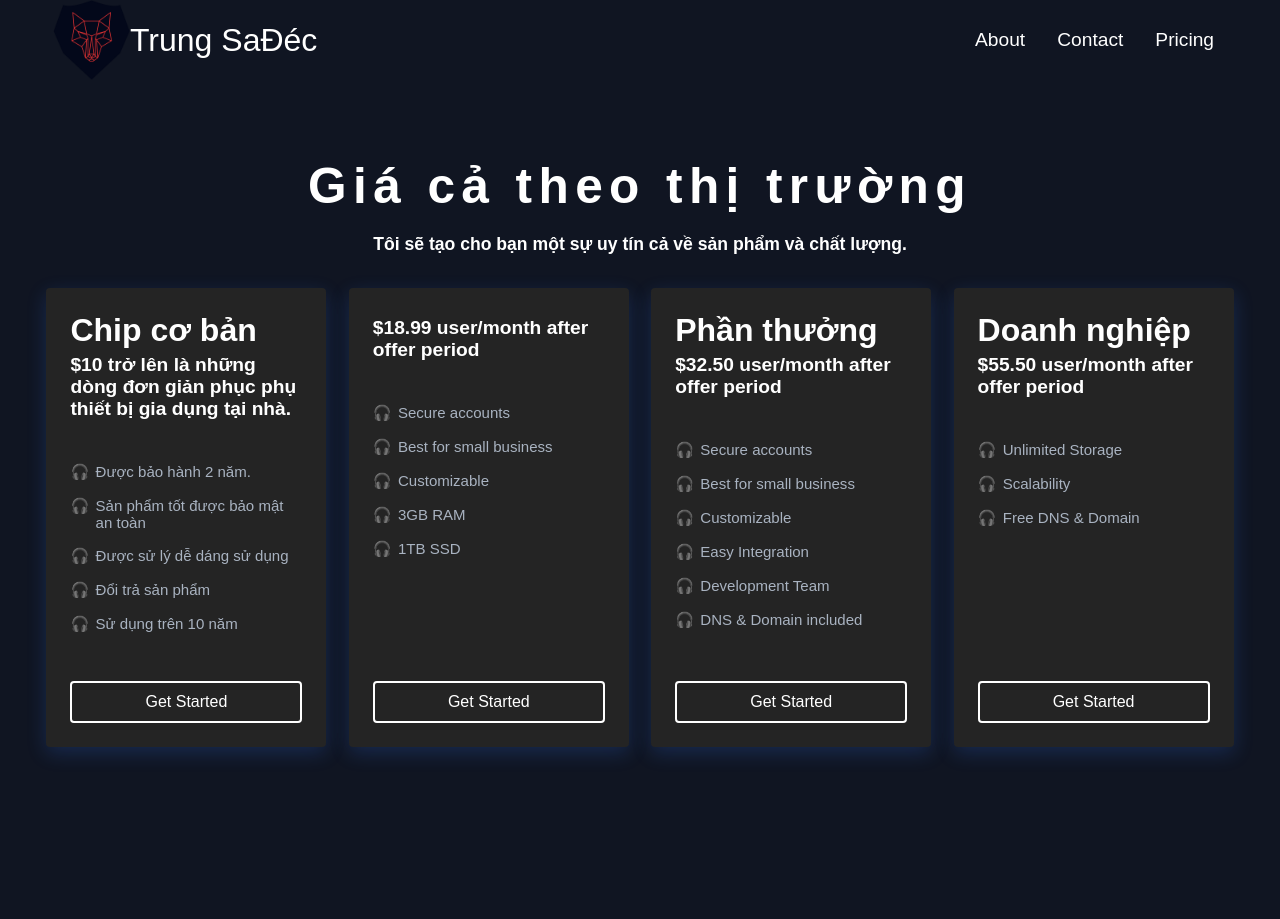
Repository: fdhhhdjd/Profile-Gift-B_H_Q_Trung
Page: /pricing
An editor plug-in stored every save of this project. The page is shown before and after the next save, followed by the edit.
The browser window is 1280 px wide. The pictures show the whole page.
The project was rebuilt for these pictures with package versions that can differ from the ones it lists, and the page was loaded fresh each time. Also part of the build but not shown: src/App.css, src/Pages/Home.js, src/Styles/HeroStyles.js, src/Components/Hero.js. Imported but missing from the stored project, and not drawn on this page: src/Pages/SignUpPage.

Above is the page before, as saved 2021-10-28 17:01:24.

After the next save:
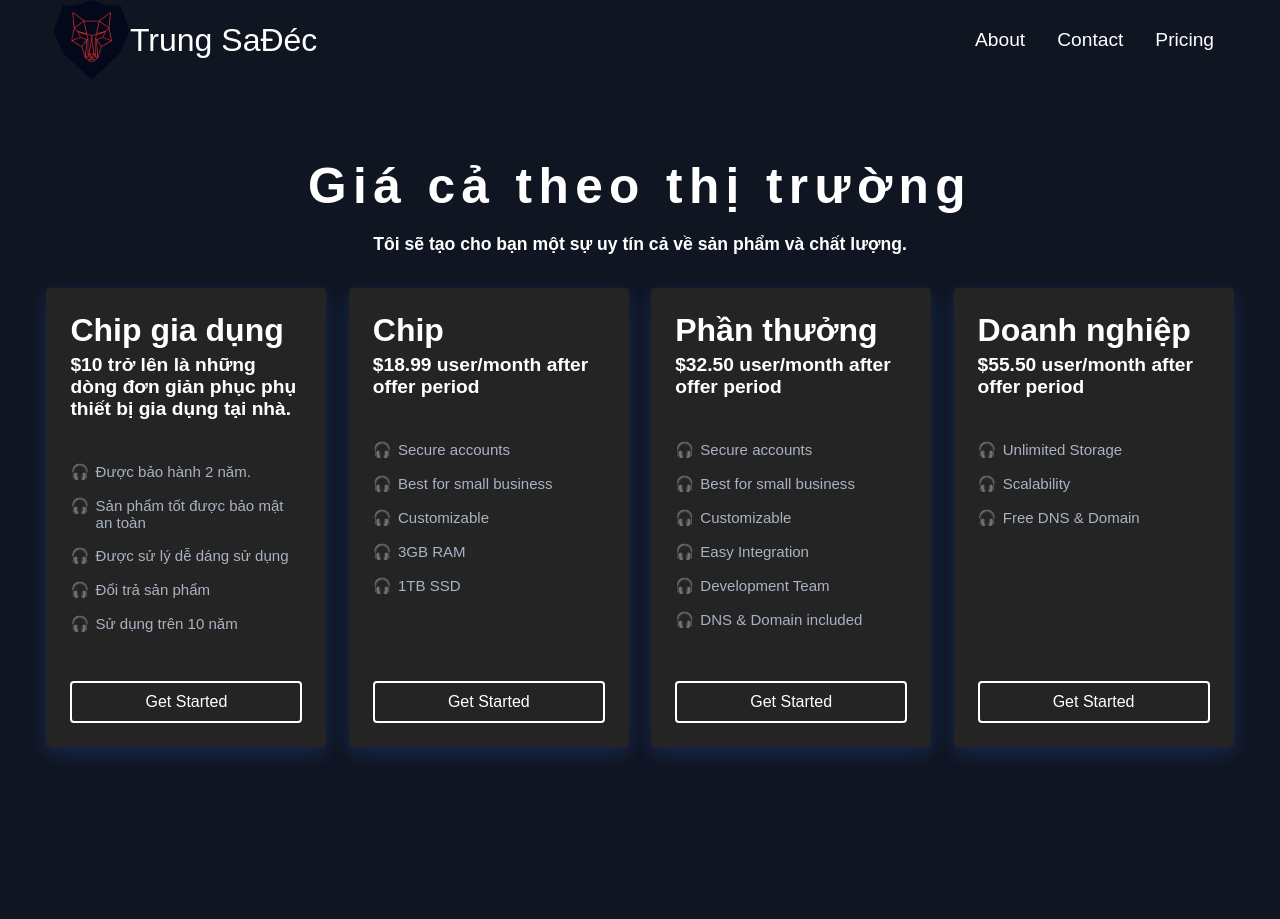
Saved 25 s later.
--- a/src/Data/PricingData.js
+++ b/src/Data/PricingData.js
@@ -1,6 +1,6 @@
 export const pricingData = [
   {
-    title: "Chip cơ bản",
+    title: "Chip gia dụng",
     price:
       "$10 trở lên là những dòng đơn giản phục phụ thiết bị gia dụng tại nhà.",
     features: [
@@ -12,7 +12,7 @@ export const pricingData = [
     ],
   },
   {
-    title: "",
+    title: "Chip ",
     price: "$18.99 user/month after offer period",
     numAcc: "50-500 accounts",
     features: [
